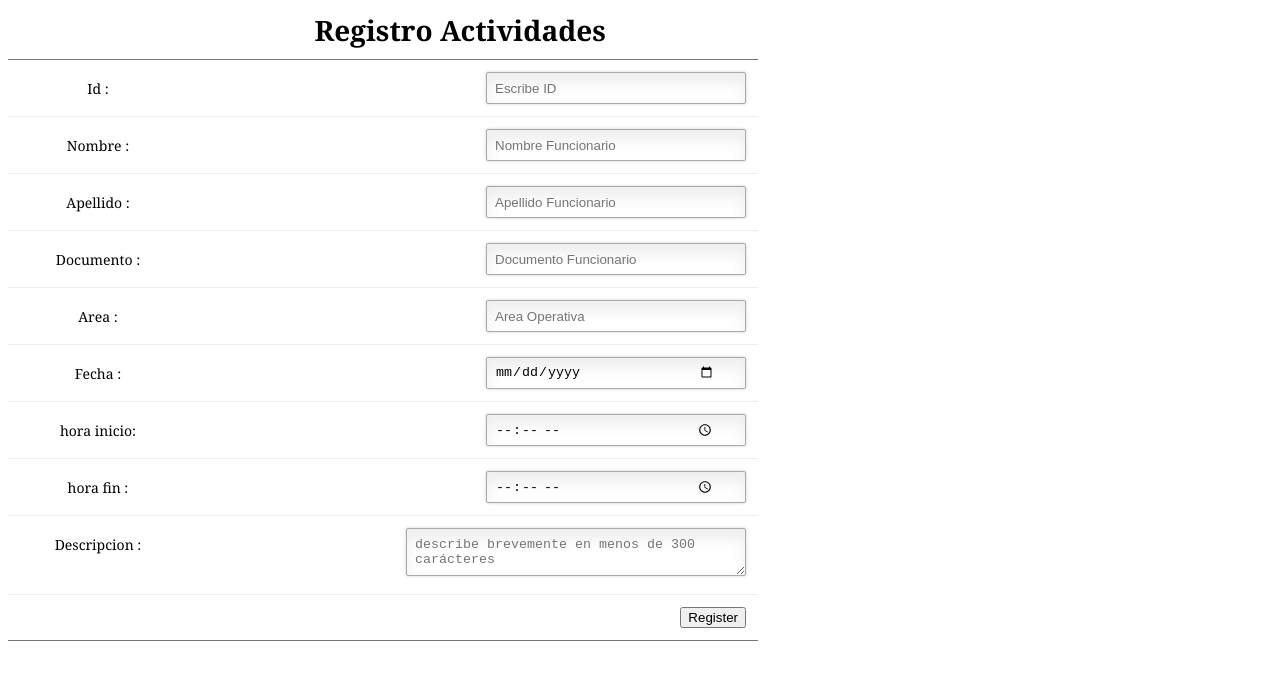
Repository: Yale2024/repo-registro-act
Page: templates/register.html
These files come from the project's save history. The page is drawn as it stood at one moment and after the next save; the edit follows.
The browser window is 1280 px wide. The pictures show the whole page.

Above is the page before, as saved 2024-09-15 09:02:31.

### templates/register.html
<!DOCTYPE html>
<html lang="en">

<head>
    <meta charset="UTF-8">
    <meta name="viewport" content="width=device-width, initial-scale=1.0">
    <link rel="stylesheet" href="static/css/styleRegister.css">
    <script src="static/js/appRegister.js"></script>
    <title>Web App</title>
</head>
<body></body>

    <form class="contact_form" action="/register_user" method="POST" align="right" >
    <!-- <form method="POST"> -->
        <div>
            <ul>
                <li>
                    <h1>Registro Actividades</h1>
                </li>
                <li>
                    <label for="id">Id :</label>
                    <input type="number"  size="30" name="id" id="Id" placeholder="Escribe ID" required /> <br>
                </li>
                <li>
                    <label for="nombre">Nombre :</label>
                    <input type="text" size="30" name="nombre" id="nombre" placeholder="Nombre Funcionario" required /> <br>
                </li>
                <li>
                    <label for="apellido">Apellido :</label>
                    <input type="text" size="30" name="apellido" id="apellido" placeholder="Apellido Funcionario" required /> <br>
                </li>
                <li>
                    <label for="documento">Documento  :</label>
                    <input type="number" size="30" name="documento" id="documento" placeholder="Documento Funcionario" required /> <br>
                </li>
                <li>
                    <label for="are">Area      :</label>
                    <input type ="text" size="30" name="area" id="area" placeholder="Area Operativa" required /> <br>
                </li>
                <li>
                    <label for="fecha">Fecha     :</label>
                    <input type ="date" size="30" name="fecha" id="fecha" placeholder="AAAA-MM-DD" required /> <br>
                </li>
                <li>
                    <label for="horai">hora inicio:</label>
                    <input type ="time" size="30" name="horai" id="horai" placeholder="hh:mm" required /> <br>
                </li>
                <li>
                    <label for="horaf">hora fin  :</label>
                    <input type ="time" size="30" name="horaf" id="horaf" placeholder="hh:mm" required /> <br>
                </li>
                <li>
                    <label for="mensaje">Descripcion   :</label>
                    <textarea name="descripcion" size="300" for="descripcion" placeholder="describe brevemente en menos de 300 carácteres" maxlength="300"></textarea> <br>
                </li>
                <li>
                    <button>Register</button>
                </li>
            </ul>
        </div>
        <!-- <button onclick="register_user()">Register</button> -->
        <!-- <input type="submit" name="enviar" value="enviar datos"/> -->
    </form>
</body>

### static/css/styleRegister.css
/* form{
    text-align: center;
    font-size: 30px;
}
/*
body{
    background-color: #f7bb6dea;
}

button{
    background-color: black;
    color: white;
    font-size:  20px;
} */
 /* === Remove input autofocus webkit === */
*:focus {
    outline: none;
}

/* === Form Typography === */
body {
    font: 14px/21px "Lucida Sans", "Lucida Grande", "Lucida Sans Unicode", sans-serif;
}

.contact_form h1, .contact_form label {
    font-family: Georgia, Times, "Times New Roman", serif;
    margin: 0px;
    padding: 140px;
    text-align: center;
}

/* === List Styles === */
.contact_form ul {
    width: 750px;
    list-style-type: none;
    list-style-position: outside;
    margin: 0px;
    padding: 0px;
}

.contact_form li {
    padding: 12px;
    border-bottom: 1px solid #eee;
    position: relative;
}

    .contact_form li:first-child, .contact_form li:last-child {
        border-bottom: 1px solid #777;
    }

/* === Form Header === */
.contact_form h1 {
    margin: 0;
    display: inline;
    text-align: center;
}

/* === Form Elements === */
.contact_form label {
    width: 150px;
    margin-top: 3px;
    float: left;
    padding: 3px;
}

.contact_form input {
    height: 20px;
    width: 220px;
    padding: 5px 8px;
}

.contact_form textarea {
    padding: 8px;
    width: 300px;
}

.contact_form button {
    margin-left: 156px;
}

/* form element visual styles */
.contact_form input, .contact_form textarea {
    border: 1px solid #aaa;
    box-shadow: 0px 0px 3px #ccc, 0 10px 15px #eee inset;
    border-radius: 2px;
    padding-right: 30px;
    -moz-transition: padding .25s;
    -webkit-transition: padding .25s;
    -o-transition: padding .25s;
    transition: padding .25s;
}

### static/js/appRegister.js
function register_user() {
    location.href= '/register_user'
}

After the next save:
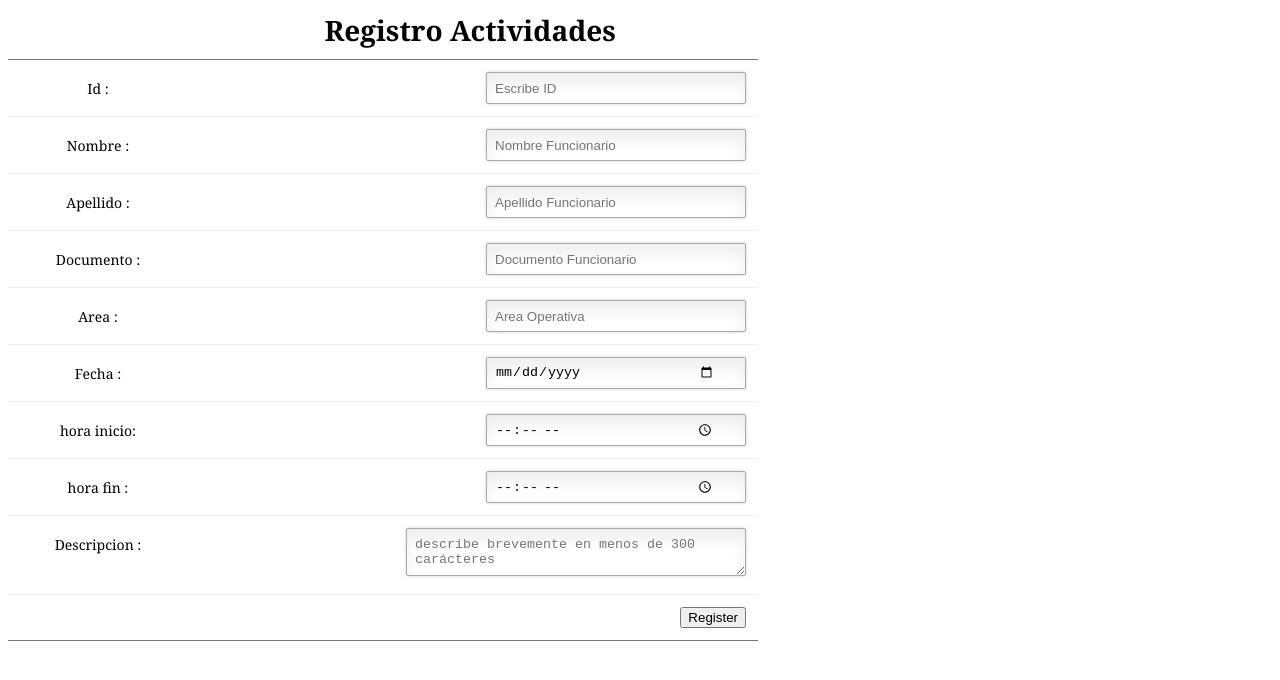
Saved 23 s later.
--- a/static/css/styleRegister.css
+++ b/static/css/styleRegister.css
@@ -25,7 +25,7 @@ body {
 .contact_form h1, .contact_form label {
     font-family: Georgia, Times, "Times New Roman", serif;
     margin: 0px;
-    padding: 140px;
+    padding: 130px;
     text-align: center;
 }
 
